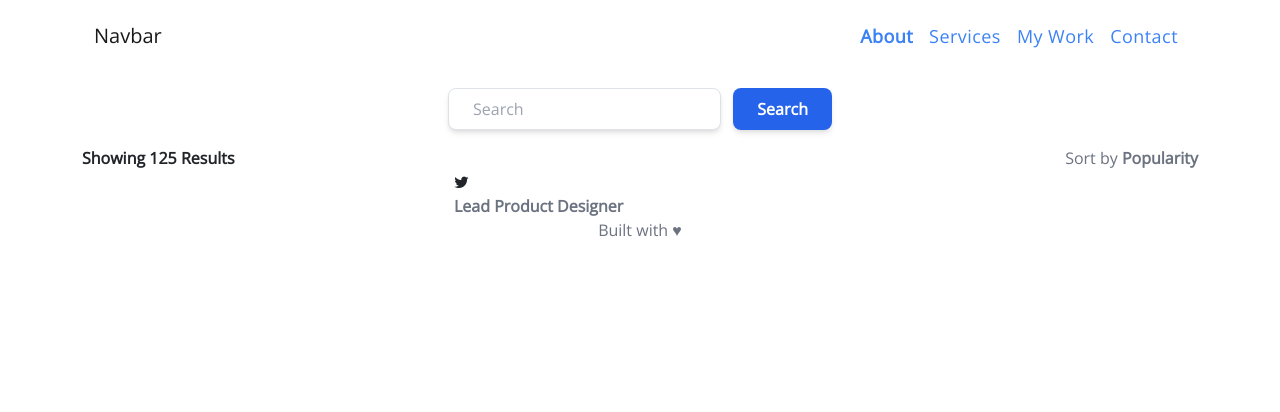
Repository: latenightsnacc/giggles
Page: HTML/search.html
These files come from the project's save history. The page is drawn as it stood at one moment and after the next save; the edit follows.
The browser window is 1280 px wide. The pictures show the whole page.
Some web libraries are served in a nearby version.

Above is the page before, as saved 2021-01-04 11:54:54.

### HTML/search.html
<!DOCTYPE html>
<html lang="en">
<head>
    <meta charset="UTF-8">
    <meta name="viewport" content="width=device-width, initial-scale=1.0">
    <link href="https://cdnjs.cloudflare.com/ajax/libs/tailwindcss/2.0.2/tailwind.min.css" rel="stylesheet">
    <link rel="stylesheet" href="https://stackpath.bootstrapcdn.com/font-awesome/4.7.0/css/font-awesome.min.css" />
    <link href="https://cdn.jsdelivr.net/npm/bootstrap@5.0.0-beta1/dist/css/bootstrap.min.css" rel="stylesheet" integrity="sha384-giJF6kkoqNQ00vy+HMDP7azOuL0xtbfIcaT9wjKHr8RbDVddVHyTfAAsrekwKmP1" crossorigin="anonymous">
    <link rel="stylesheet" href="stylesheet.css">
    <title>Search Page</title>
</head>
<body class="overflow-x-hidden">
    <!--Navigation-->
    <header class="container">
        <nav class="navbar navbar-expand-lg navbar-light bg-white py-3">
            <div class="container-fluid">
                <a class="navbar-brand" href="search.html">Navbar</a>
                <button class="navbar-toggler" type="button" data-bs-toggle="collapse" data-bs-target="#navbarNavDropdown" aria-controls="navbarNavDropdown" aria-expanded="false" aria-label="Toggle navigation">
                    <span class="navbar-toggler-icon"></span>
                </button>
                <div class="collapse navbar-collapse" id="navbarNavDropdown">
                    <ul class="navbar-nav ml-auto">
                    <li class="nav-item">
                        <a class="nav-link text-lg hover:underline hover:font-bold tracking-wide leading-5 active" aria-current="page" href="#">About</a>
                    </li>
                    <li class="nav-item">
                        <a class="nav-link text-lg hover:underline hover:font-bold tracking-wide leading-5" href="#">Services</a>
                    </li>
                    <li class="nav-item">
                        <a class="nav-link text-lg hover:underline hover:font-bold tracking-wide leading-5" href="#">My Work</a>
                    </li>
                    <li class="nav-item">
                        <a class="nav-link text-lg hover:underline hover:font-bold tracking-wide leading-5" href="#">Contact</a>
                    </li>
                    </ul>
                </div>
            </div>
        </nav>
    </header>
    <main>
        <!-- search form-->
        <div class="container">
            <form class="flex w-full max-w-sm mx-auto space-x-3 my-3">
                <input class="flex-1 appearance-none border border-transparent w-full py-2 px-4 bg-white text-gray-700 placeholder-gray-400 shadow-md rounded-lg text-base focus:outline-none focus:ring-2 focus:ring-blue-600 focus:border-transparent" type="search" placeholder="Search">
                <button class="flex-shrink-0 bg-blue-600 text-white text-base font-semibold py-2 px-4 rounded-lg shadow-md hover:bg-blue-700 focus:outline-none focus:ring-2 focus:ring-blue-500 focus:ring-offset-2 focus:ring-offset-blue-200" type="submit">
                  Search
                </button>
            </form>
        </div>

        <div class="container">
            <div class="flex flex-row w-100 justify-between">
                <div class="font-bold">Showing 125 Results</div>
                <div class="text-gray-500">Sort by <span class="font-semibold">Popularity</span> </div>
            </div>
        </div>

        <div class="container">
            <div class="row flex justify-center w-100">
                <div class="col-xs-12 col-sm-12 col-md-4 col-lg-4">
                    <div class="max-w-sm hover:shadow-2xl">
                        <i class="fa fa-twitter"></i>
                        <div class="text-gray-500 font-bold">Lead Product Designer</div>
                    </div>
                </div>
            </div>
        </div>
    </main>
    <footer class="text-center text-l text-blue-500 font-semibold">

        <p class="text-gray-500">Built with &hearts;</p>

    <script src="https://cdn.jsdelivr.net/npm/bootstrap@5.0.0-beta1/dist/js/bootstrap.bundle.min.js" integrity="sha384-ygbV9kiqUc6oa4msXn9868pTtWMgiQaeYH7/t7LECLbyPA2x65Kgf80OJFdroafW" crossorigin="anonymous"></script>

</body>
</html>

### HTML/stylesheet.css
@import url('https://fonts.googleapis.com/css2?family=Montserrat:wght@400;700&family=Open+Sans:wght@300;400&display=swap');

h1, h2, h3, h4, h5, h6 {
    font-family: 'Montserrat', sans-serif;
}
.user-info h1 {
    line-height: 60px;
    font-size: 50px;
    font-weight: 700;
    margin-top: 20px;
}
.user-info h2 {
    line-height: 27px;
    font-size: 18px;
    font-weight: 400;
    margin-top: 15px;
}
.user-info span {
    line-height: 36px;
    font-size: 30px;
    font-weight: 600;
}
.user-info p {
    margin: 5px 0;
}
.user-info button {
    margin-top: 10px;
}
p, div, a, button {
    font-family: 'Open Sans', sans-serif;
    font-weight: 300;
}

.work-experience .row:hover .text {
    border:2px solid  #3b82f6;

}
.work-experience .row:hover .flex .no {
    border:1px solid #3b82f6;

}
.nav-link {
    color: #3b82f6 !important;
}
.nav-item .active{
    font-weight: 600;
}

After the next save:
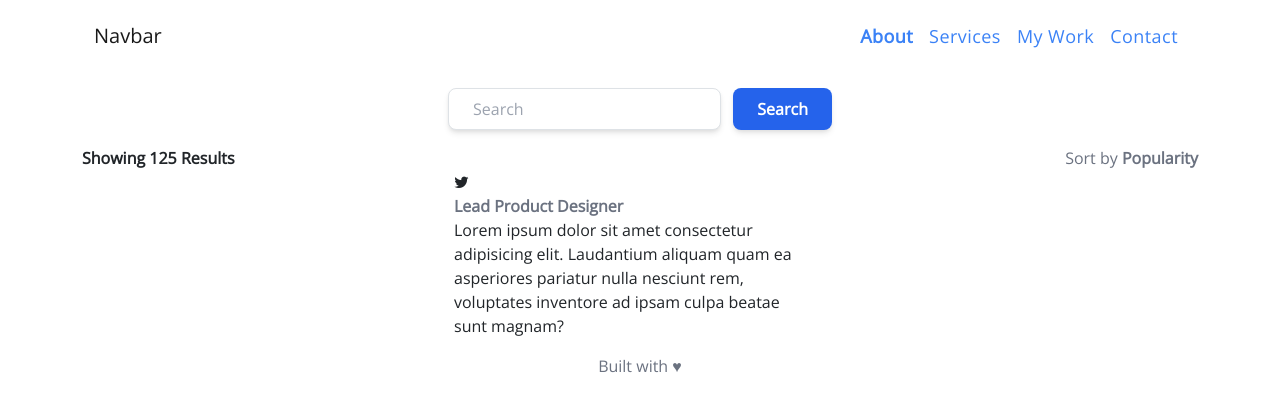
Saved 20 s later.
--- a/HTML/search.html
+++ b/HTML/search.html
@@ -61,6 +61,7 @@
                     <div class="max-w-sm hover:shadow-2xl">
                         <i class="fa fa-twitter"></i>
                         <div class="text-gray-500 font-bold">Lead Product Designer</div>
+                        <p>Lorem ipsum dolor sit amet consectetur adipisicing elit. Laudantium aliquam quam ea asperiores pariatur nulla nesciunt rem, voluptates inventore ad ipsam culpa beatae sunt magnam?</p>
                     </div>
                 </div>
             </div>
